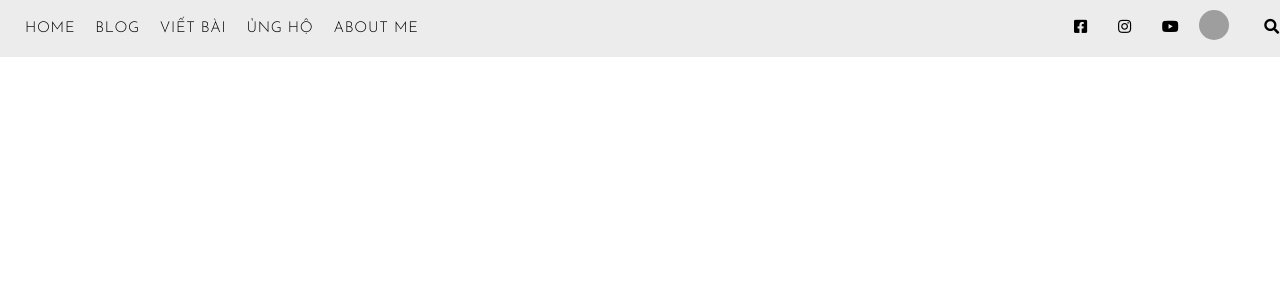
Repository: DTien93/blog-meanstack
Page: / (app in my-app/)
An editor plug-in stored every save of this project. The page is shown before and after the next save, followed by the edit.
The browser window is 1280 px wide. The pictures show the whole page.
Pictures or frames that could not be fetched are drawn as grey boxes. Some web libraries are served in a nearby version. The project was rebuilt for these pictures with package versions that can differ from the ones it lists, and the page was loaded fresh each time. Also part of the build but not shown: my-app/src/components/Header/header.css, my-app/src/components/Header/index.jsx, my-app/src/components/Post/post.css, my-app/src/components/Post/index.jsx, my-app/src/components/posts/posts.css, my-app/src/components/posts/index.jsx, my-app/src/components/SideBar/sidebar.css, my-app/src/components/SideBar/index.jsx and 9 more.

Above is the page before, as saved 2021-08-22 17:37:10.

### my-app/public/index.html
<!DOCTYPE html>
<html lang="en">
  <head>
    <meta charset="utf-8" />
    <link rel="icon" href="%PUBLIC_URL%/favicon.ico" />
    <link rel="preconnect" href="https://fonts.googleapis.com">
    <link rel="preconnect" href="https://fonts.gstatic.com" crossorigin>
    <link href="https://fonts.googleapis.com/css2?family=Josefin+Sans:ital,wght@0,100;0,200;0,300;1,100;1,200;1,300&family=Josefin+Slab:ital,wght@0,100;1,100&family=Varela&family=Varela+Round&display=swap" rel="stylesheet">
    <link rel="stylesheet" href="https://pro.fontawesome.com/releases/v5.10.0/css/all.css" integrity="sha384-AYmEC3Yw5cVb3ZcuHtOA93w35dYTsvhLPVnYs9eStHfGJvOvKxVfELGroGkvsg+p" crossorigin="anonymous"/>
    <meta name="viewport" content="width=device-width, initial-scale=1" />
    <meta name="theme-color" content="#000000" />
    <meta
      name="description"
      content="Web site created using create-react-app"
    />
    <link rel="apple-touch-icon" href="%PUBLIC_URL%/logo192.png" />
    <link rel="manifest" href="%PUBLIC_URL%/manifest.json" />
    <title>React App</title>
  </head>
  <body>
    <noscript>You need to enable JavaScript to run this app.</noscript>
    <div id="root"></div>
  </body>
</html>

### my-app/src/index.js
import React from 'react'
import ReactDOM from 'react-dom'
import App from './App'

import './css/index.css'

ReactDOM.render(
  <React.StrictMode>
    <App />
  </React.StrictMode>,
  document.getElementById('root')
);

### my-app/src/App.js
import React from 'react'

// Components
import TopBar from './components/TopBar'
import Home from './pages/Home/Home'
import Single from './pages/Single/Single'
import Write from './pages/Write'
import Settings from './pages/Settings'

// css
import './css/index.css'


function App() {
  return (
    <>
      <TopBar />
      <Settings/>
    </>
  );
}

export default App;

### my-app/src/css/index.css
:root {
    --main-bg: #fff;
    --second-bg: #ececec;

    --main-header: #ececec;
    --second-header: #999;

    --txt-color: #000;
    --main-color: #252525;
    --second-color: #d3b062;
    --txt-second-color: #999;
    --txt-default: #fff;

    --border-color: #000;
    --border-main:#d3b062;

    --main-color: #000;
    --main-second: #d3b062;

    --main-size: 15px;
    --second-size: 20px;
}

* {
    padding: 0;
    margin: 0;
    box-sizing: border-box;
    -webkit-tap-highlight-color: transparent;
}

body {
    font-family: "Roboto", sans-serif;
    -webkit-font-smoothing: antialiased;
    -moz-osx-font-smoothing: grayscale;
    letter-spacing: 0.7px;
}

a {
    text-decoration: none;
    color: unset;
}

a:hover {
    color: var(--main-second);
}

ul {
    list-style-type: none;
}

input {
    border: 2px solid transparent;
    outline: 0;
}

li {
    text-decoration: none;
    list-style-type: none;
}

### my-app/src/components/TopBar/index.jsx
import React from 'react'

import '../TopBar/topbar.css'


export default function TopBar() {
    return (

        <div className="top">
            <div className="top__left">
                <li className="top__left-item  item-active">Home</li>
                <li className="top__left-item">Blog</li>
                <li className="top__left-item">Viết bài</li>
                <li className="top__left-item">ủng hộ</li>
                <li className="top__left-item">About me</li>
            </div>

            <div className="top__right">
                <li className="top__right-item"><i className="fab fa-facebook-square"></i></li>
                <li className="top__right-item"><i className="fab fa-instagram"></i></li>
                <li className="top__right-item"><i className="fab fa-youtube"></i></li>
                <img className="top__right-img" src="https://media.thieunien.vn/thumb//uploads/2021/08/09/jisoo-blackpink-di-dong-phim-nhung-co-thanh-vien-nay-lai-duoc-khen-ve-dien-xuat-nhieu-hon_24560.jpg" alt="" />
                <li className="top__right-item top__search-icon"><i class="fas fa-search"></i></li>
            </div>
            </div>
    )
}

### my-app/src/pages/Settings/index.jsx
import React from 'react'

import '../Settings/setting.css'

export default function Settings() {
    return (
        <div className='setting'>

        </div>
    )
}

### my-app/src/components/TopBar/TopBar.css
.top {
    width: 100%;
    height: 57px;
    background-color: var(--main-header);
    position: sticky;
    top: 0;
    display: flex;
    align-items: center;
    font-family: 'Josefin Sans', sans-serif;
    z-index: 999;
}

.top__left{
    flex: 9;
    display: flex;
    line-height: 57px;
    padding: 0 15px;
    text-transform: uppercase;
}

.top__left-item {
    margin: 0 10px;
    color: var(--main-color);
    cursor: pointer;
    font-size: 15px;
}

.top__left-item item-active {
    color: var(--second-color);
}

.top__left-item:hover {
    color: var(--second-color);
}

.top__right {
    flex: 2;
    display: flex;
    line-height: 57px;
}

.top__right-item {
  font-size: var(--main-size);
  margin-left: 30px;
  color: var(--main-color);
  cursor: pointer;
  font-size: var(--main-size);
}

.top__right-img {
    margin: 10px 20px;
    width: 30px;
    height: 30px;
    margin-top: 10px;
    border-radius:  50%;
    object-fit: over;
}

.top__search-icon {
    font-size: var(--main-size);
    color: var(--main-color);
    cursor: pointer;
    margin-left: var(--main-size);
}

After the next save:
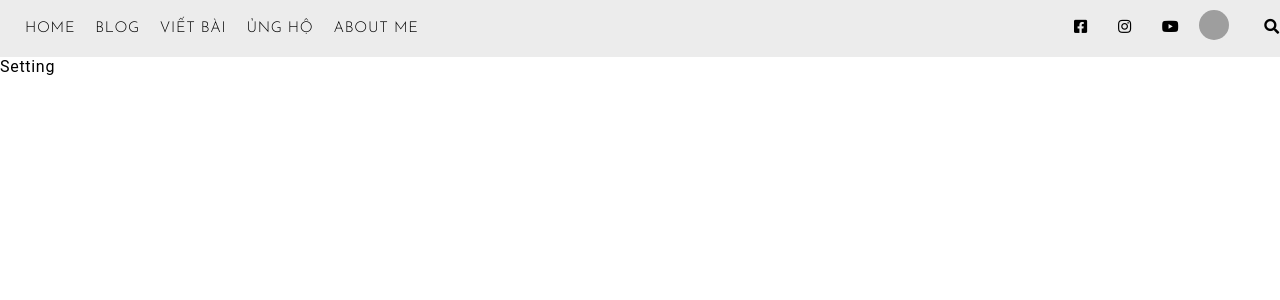
Saved 7 s later.
--- a/my-app/src/pages/Settings/index.jsx
+++ b/my-app/src/pages/Settings/index.jsx
@@ -5,7 +5,7 @@
 export default function Settings() {
     return (
         <div className='setting'>
-
+            Setting
         </div>
     )
 }

After the 3 saves that followed:
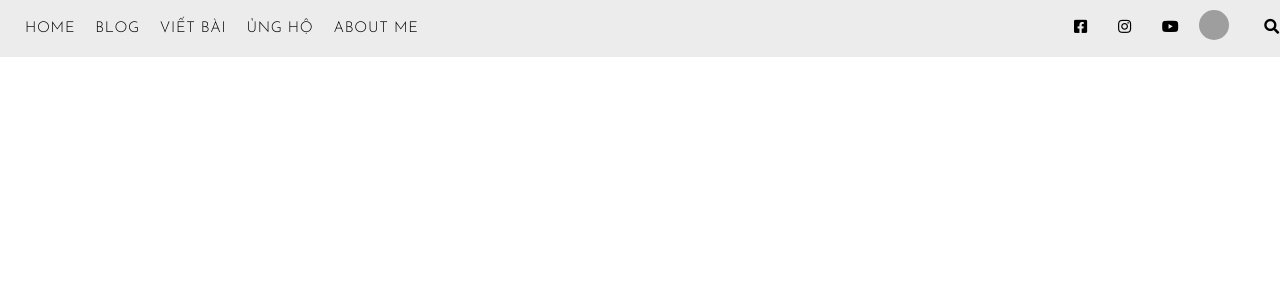
The 3 saves are shown as one change because 1 left the picture as it was and some came seconds apart.
The last was saved 85 s later.
--- a/my-app/src/App.js
+++ b/my-app/src/App.js
@@ -10,7 +10,6 @@ import Settings from './pages/Settings'
 // css
 import './css/index.css'
 
-
 function App() {
   return (
     <>
--- a/my-app/src/pages/Settings/index.jsx
+++ b/my-app/src/pages/Settings/index.jsx
@@ -5,7 +5,9 @@
 export default function Settings() {
     return (
         <div className='setting'>
-            Setting
+            <div className='setting__wrapper'>
+
+            </div>
         </div>
     )
 }
